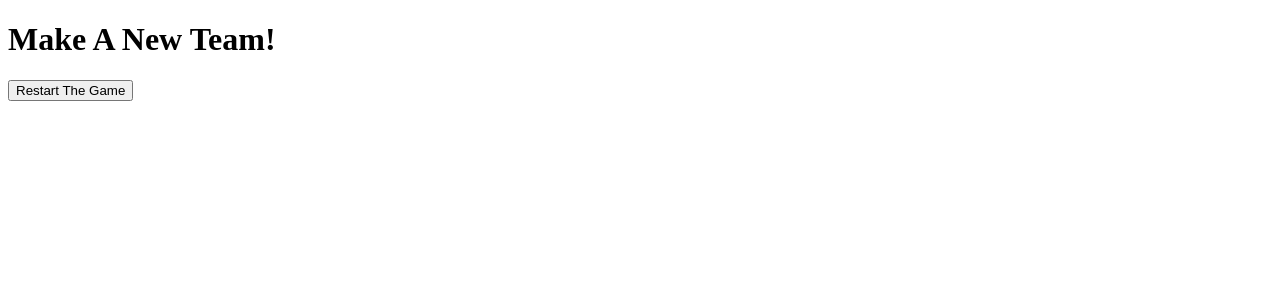
Repository: a-rydzak/Java
Page: http://localhost/Rosters/NewTeam
The author's editor kept a copy of each file at every save. The page is drawn from the files as they stood at one save, then again after the next save.
The browser window is 1280 px wide. The pictures show the whole page.
The page is served by Tomcat 9.

Above is the page before, as saved 2019-07-26 11:46:53.

After the next save:
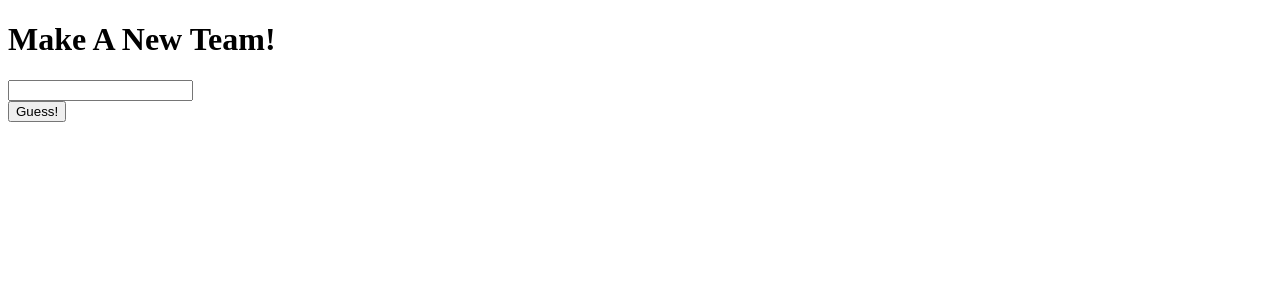
Saved 42 s later.
--- a/Java MVC/Team Roster/Rosters/WebContent/WEB-INF/views/NewTeam.jsp
+++ b/Java MVC/Team Roster/Rosters/WebContent/WEB-INF/views/NewTeam.jsp
@@ -14,9 +14,11 @@
 	</div>
 
 	<div>
-		 <form name="submitNewTeam" method="POST" action="Restart">
-        	<input type = "submit" value = "Restart The Game" />
-        </form>
+	      <form name="submitForm" method="POST" action="Guess">
+	         <input type="number" name="guess" required>
+	         <br>
+	         <input type = "submit" value = "Guess!" />
+	      </form>
 	</div>
 </body>
 </html>
